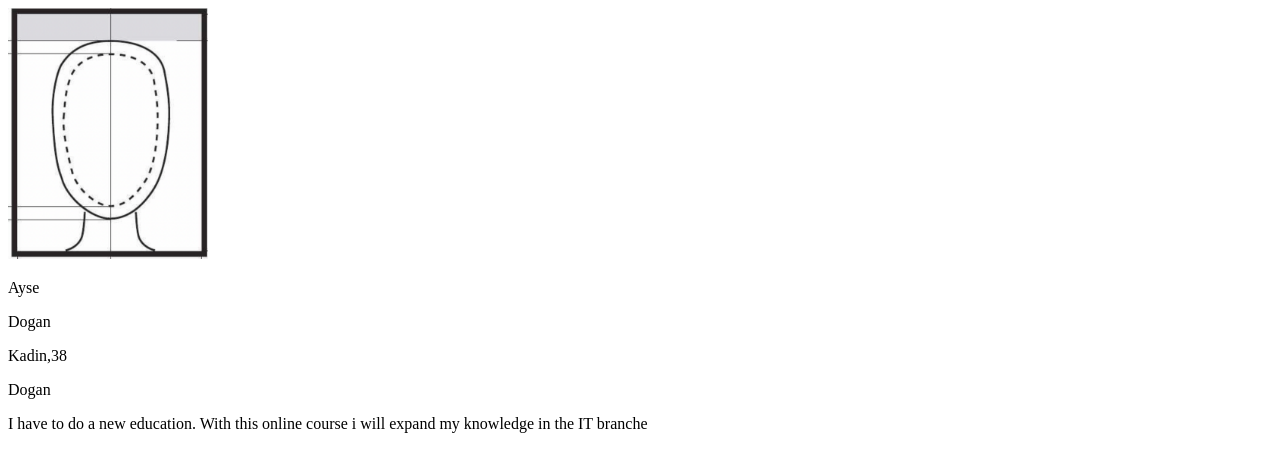
Repository: aysedo/html
Page: Week_2/profile/index.html
The author's editor kept a copy of each file at every save. The page is drawn from the files as they stood at one save, then again after the next save.
The browser window is 1280 px wide. The pictures show the whole page.

Above is the page before, as saved 2021-08-25 22:50:24.

After the next save:
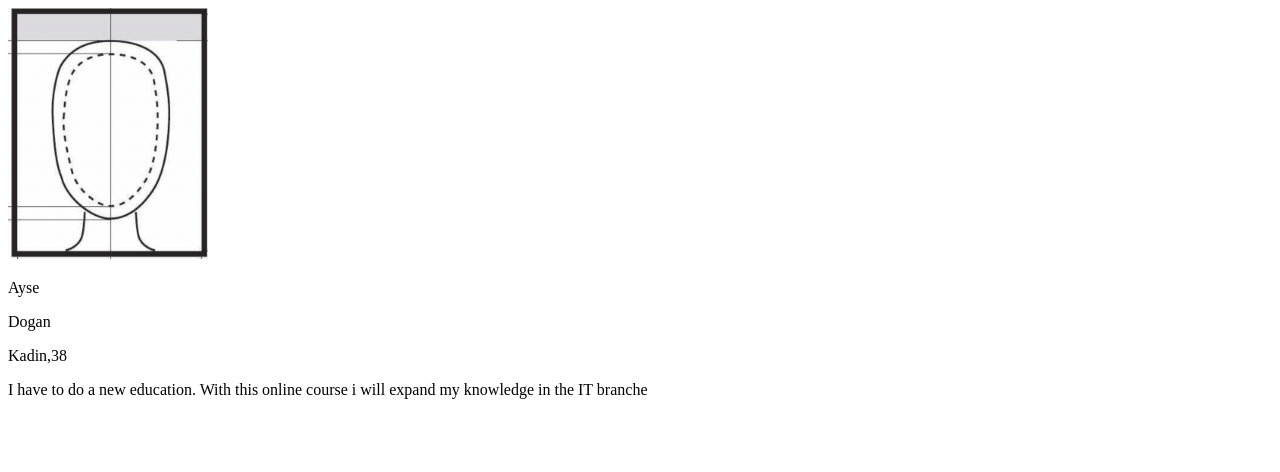
Saved 18 s later.
--- a/Week_2/profile/index.html
+++ b/Week_2/profile/index.html
@@ -11,7 +11,6 @@
           <p> Ayse </p>
           <p> Dogan </p>
           <p> Kadin,38 </p>
-          <p> Dogan </p>
 
           <p>I have to do a new education. With this online course i will expand my knowledge in the IT branche</p>
 
